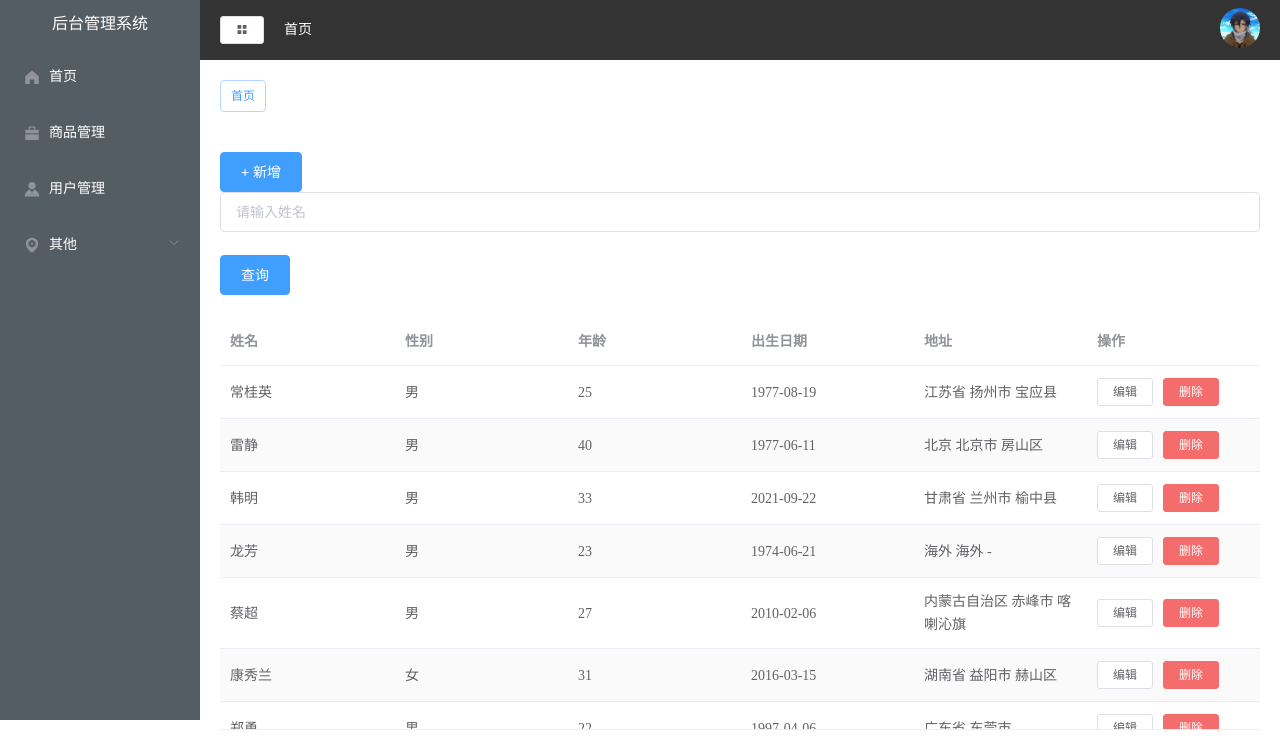
Repository: ldqml/ldqml.github.io
Page: /#/user
The author's editor kept a copy of each file at every save. The page is drawn from the files as they stood at one save, then again after the next save.
The browser window is 1280 px wide. The pictures show the whole page.
An inner scrolling area shows only its first screen. The project was rebuilt for these pictures with package versions that can differ from the ones it lists, and the page was loaded fresh each time. Also part of the build but not shown: vue.config.js, src/views/Home.vue, src/views/Mall.vue, src/views/PageOne.vue, src/views/PageTwo.vue.

Above is the page before, as saved 2022-11-11 17:32:07.

After the next save:
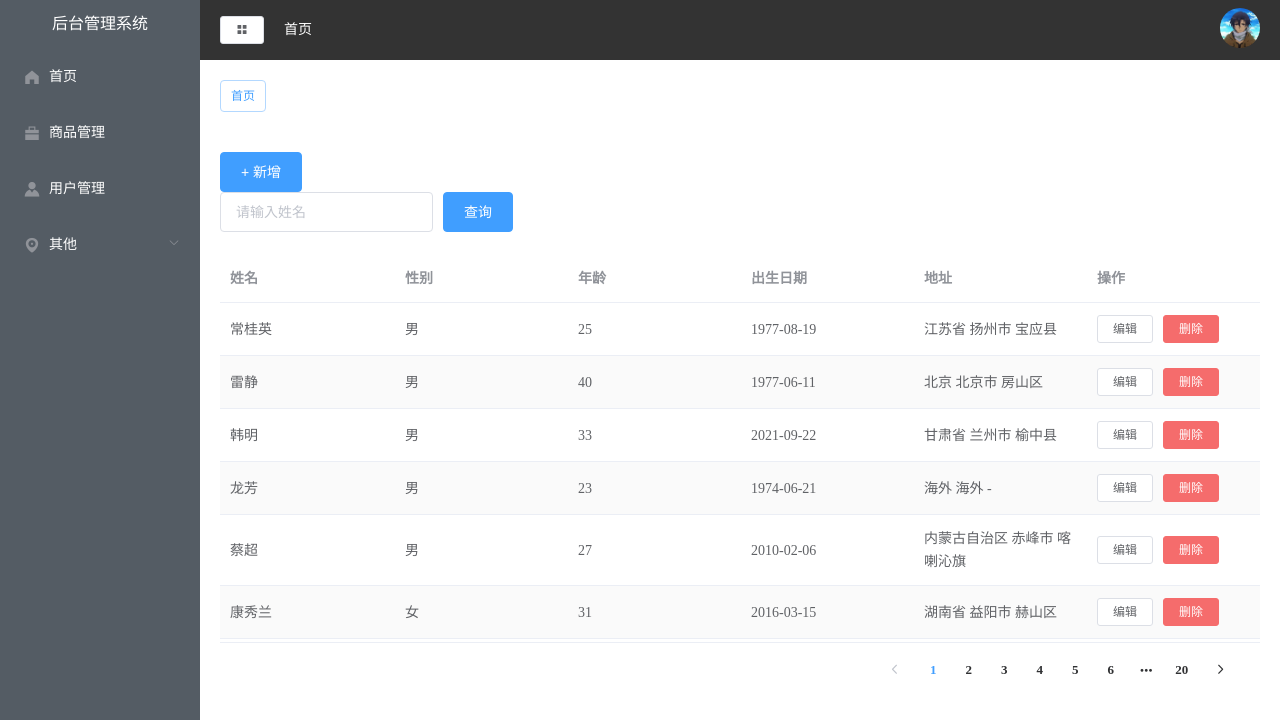
Saved 2 min 8 s later.
--- a/src/views/User.vue
+++ b/src/views/User.vue
@@ -46,7 +46,7 @@
     </el-dialog>
     <div class="manage-header">
       <el-button @click="newMessage()" type="primary"> + 新增 </el-button>
-      <el-form :model="userForm">
+      <el-form :inline='true' :model="userForm">
         <el-form-item>
           <el-input placeholder="请输入姓名" v-model="userForm.name"></el-input>
         </el-form-item>
@@ -191,6 +191,9 @@ export default {
       this.pageData.page = val;
       this.getList();
     },
+    onSubmit(){
+
+    }
   },
   mounted() {
     this.getList();
